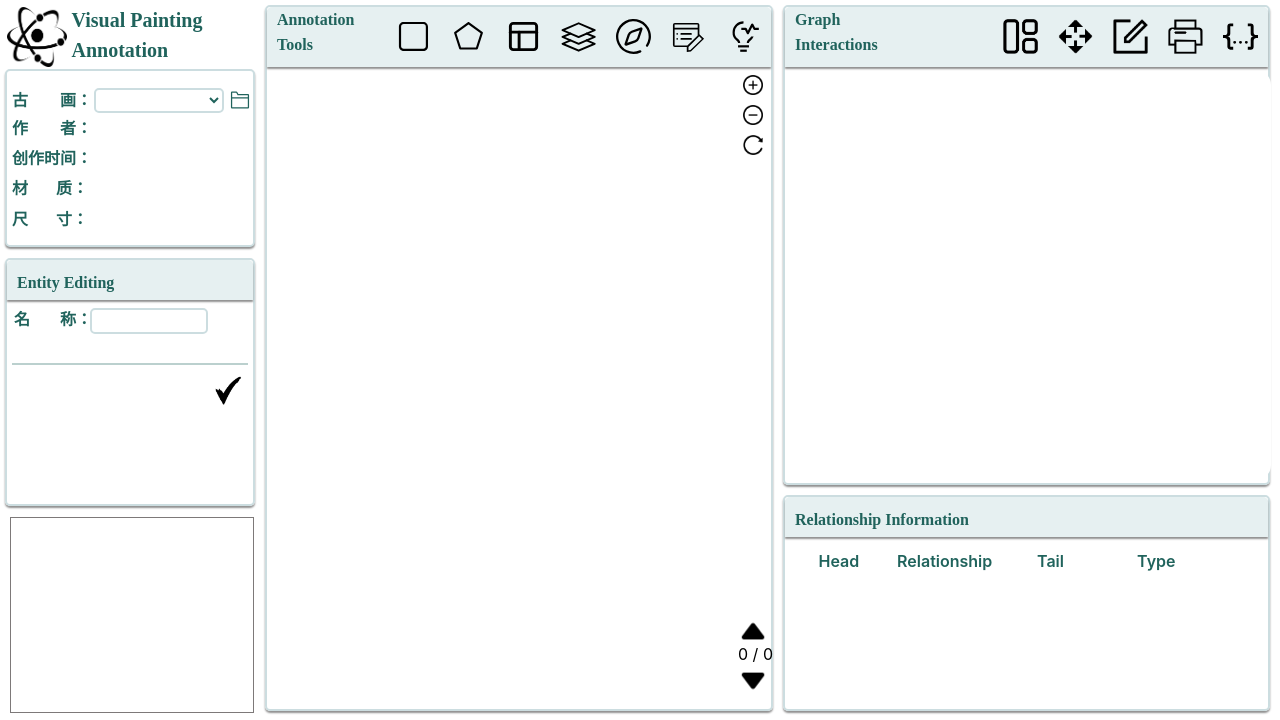
Repository: cailbh/ImageLabelTool
Page: /
The author's editor kept a copy of each file at every save. The page is drawn from the files as they stood at one save, then again after the next save.
The browser window is 1280 px wide. The pictures show the whole page.
The project was rebuilt for these pictures with package versions that can differ from the ones it lists, and the page was loaded fresh each time.

Above is the page before, as saved 2022-10-31 12:40:48.

After the next save:
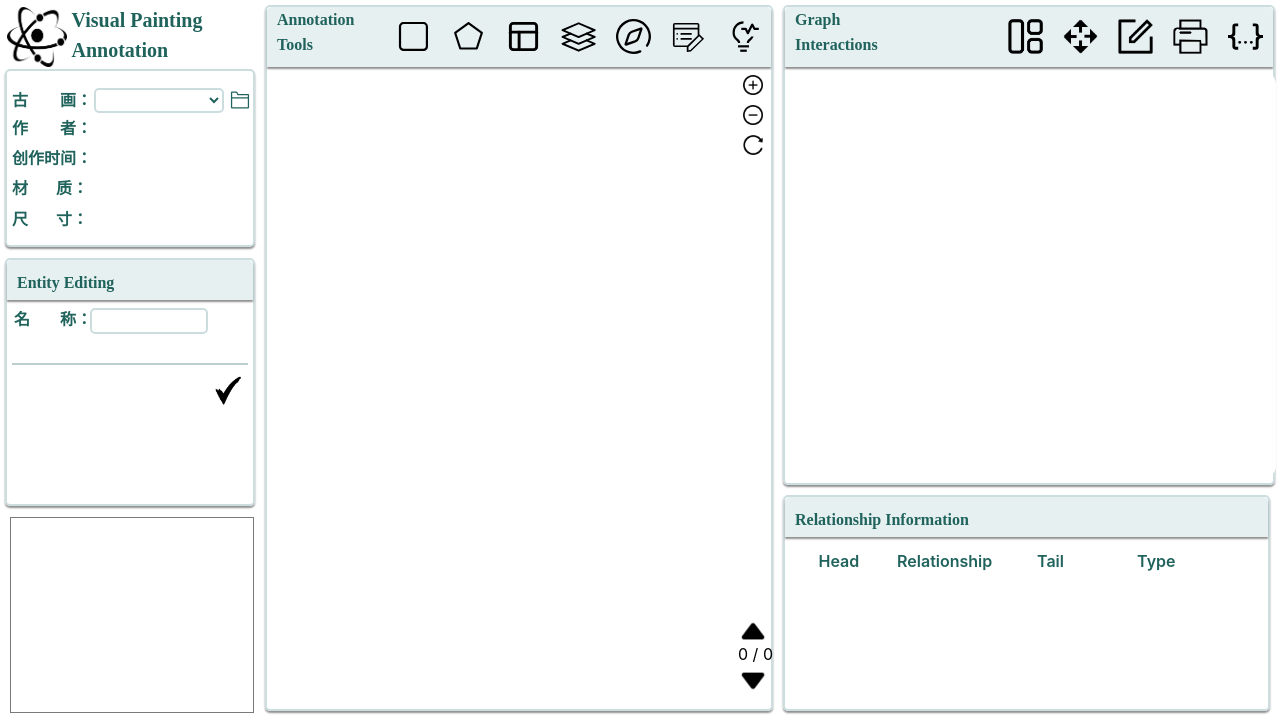
Saved 16 s later.
--- a/src/component/LabelDisplay/graph.css
+++ b/src/component/LabelDisplay/graph.css
@@ -136,7 +136,7 @@
     -moz-box-sizing: border-box;
     box-sizing: border-box;
     border-radius: 5px;
-    width: calc(100% - 15px);
+    width: calc(100% - 10px);
     margin: 5px;
     height: calc(70% - 24px);
     border-radius: 5px;

After the save that followed:
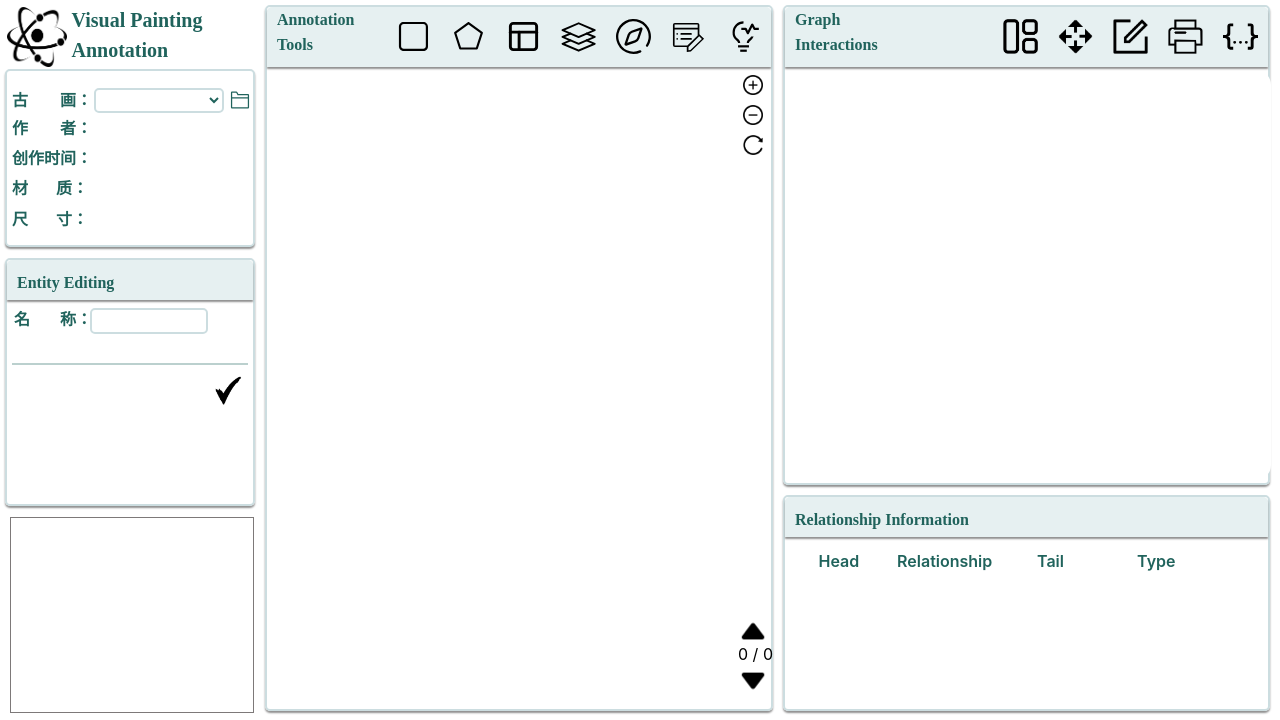
Saved 11 s later.
--- a/src/component/LabelDisplay/graph.css
+++ b/src/component/LabelDisplay/graph.css
@@ -136,7 +136,7 @@
     -moz-box-sizing: border-box;
     box-sizing: border-box;
     border-radius: 5px;
-    width: calc(100% - 10px);
+    width: calc(100% - 15px);
     margin: 5px;
     height: calc(70% - 24px);
     border-radius: 5px;
@@ -174,7 +174,7 @@
     -moz-box-sizing: border-box;
     box-sizing: border-box;
     border-radius: 5px;
-    width: calc(60% - 15px);
+    width: calc(60% - 10px);
     margin: 5px;
     height: calc(100% - 0px);
     border-radius: 5px;
